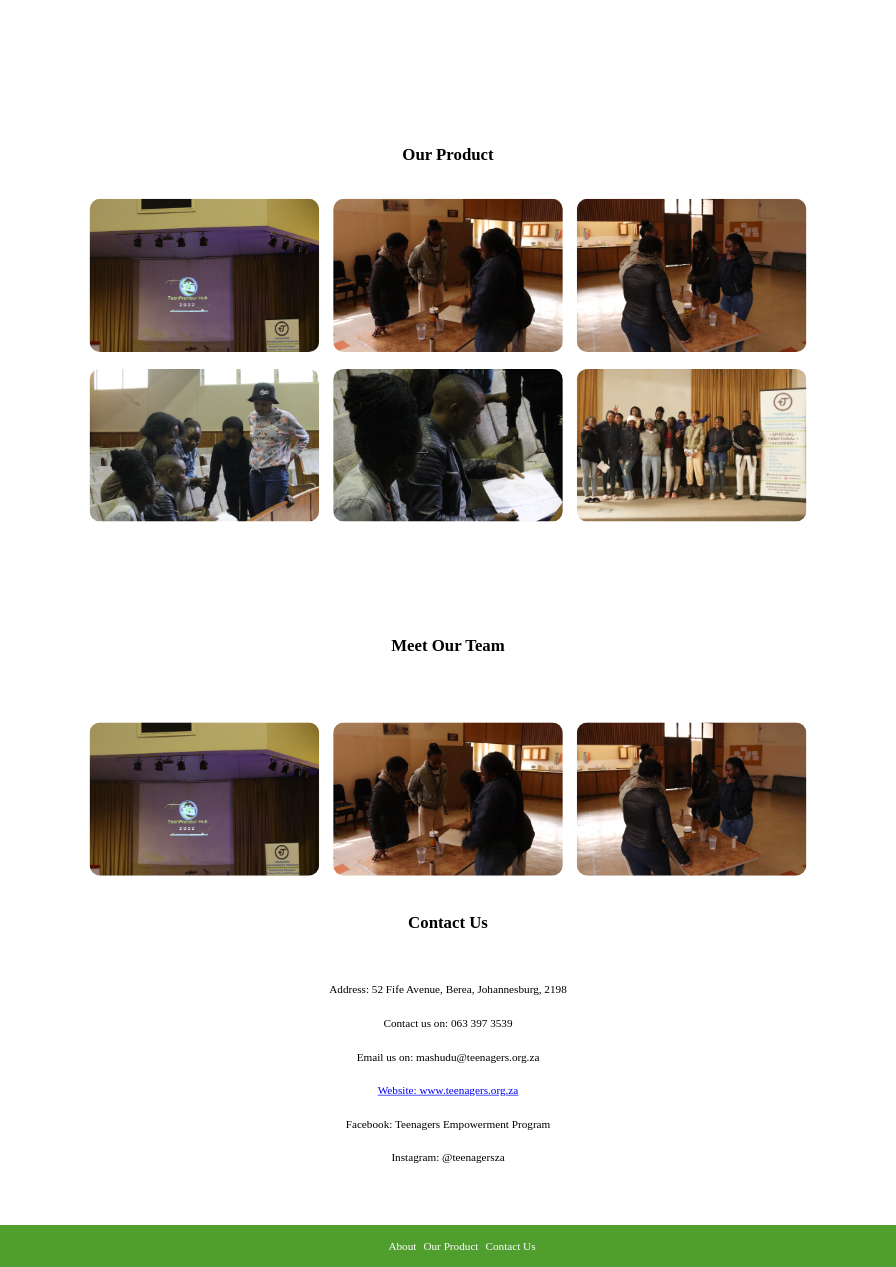
Repository: chadrackkyungu/4-BCT-TPH-Website
Page: index.html
An editor plug-in stored every save of this project. The page is shown before and after the next save, followed by the edit.
The browser window is 1280 px wide. The pictures show the part of the page from y = 1710 to 3630 px (the page is 3520 px tall before and 3630 px after), at 70% of full size.

Above is the page before, as saved 2022-10-21 09:39:00.

### index.html
<!DOCTYPE html>
<html lang="en">

<head>
    <meta charset="UTF-8">
    <meta http-equiv="X-UA-Compatible" content="IE=edge">
    <meta name="viewport" content="width=device-width, initial-scale=1.0">
    <title> TPH LAB </title>
    <link rel="stylesheet" href="/src/css/style.css">
</head>

<body>

    <div class="navigation">
        <div class="logocontainer">
            <img class="image1" src="./src/images/logo.png" alt="">
        </div>

        <ul class="nav-link">
            <a href="#about">
                <li>About</li>
            </a>
            <a href="#product">
                <li>Our Product</li>
            </a>
            <a href="#contact">
                <li>Contact Us</li>
            </a>
        </ul>
    </div>

    <div class="section1">
        <h2 class="title"> TEEN PRENEUR HUB 2022</h2>

        <div class="image-container">
            <img src="./src/images/img-2.jpeg" alt="">
        </div>
    </div>

    <div class="section1">
        <a id="about">
            <h2 class="title"> About Us</h2>
        </a>

        <div class="aboutcontainer">
            <div class="image-container">
                <img src="./src/images/img-4.jpeg" alt="">
            </div>


            <div class="contentcontainer">
                <h2>The Teenpreneur Hub</h2>

                <p>The Teenpreneur Hub is a teenage-based organisation with students that are built by the future. We aim to impact lives while making money. We do this through skills based learning in the disciplines of Technology, where we learn to create
                    websites such as this one that was created by the students of the Technology Hub, Media where we learn about photography and produce quality photos such as the ones posted on this webpage as well as Arts where we learn to do Graphic
                    Designing of Business Logos such as our Teenpreneur Hub logo.</p>

                <h2>Q-Leds</h2>

                <p>Q-Leds is a teenage-based business that was started by the students of the TeenPreneur Hub as part of their Entrepreneurial learning. Q-Leds is a project that was started to solve the problem of load shedding that is currently plaguing
                    the country. Q-Leds is a light system that helps young people overcome the current load shedding problem by giving them a source of light to study at night. It also features a charging port and speakers as well as a holographic feature
                    which is our unique selling feature of the Q-Leds lighting system. It is built by the youth for the youth.
                </p>

            </div>

        </div>
    </div>

    <div class="section1">
        <a id="product">
            <h2 class="title">Our Product</h2>
        </a>


        <div class="productcontainer">
            <div class="prductimagecontainer">
                <img src="./src/images/img-4.jpeg" alt="">
            </div>
            <div class="prductimagecontainer">
                <img src="./src/images/img-5.jpeg" alt="">
            </div>
            <div class="prductimagecontainer">
                <img src="./src/images/img-6.jpeg" alt="">
            </div>
            <div class="prductimagecontainer">
                <img src="./src/images/img-7.jpeg" alt="">
            </div>
            <div class="prductimagecontainer">
                <img src="./src/images/img-8.jpeg" alt="">
            </div>
            <div class="prductimagecontainer">
                <img src="./src/images/img-9.jpeg" alt="">
            </div>

        </div>
    </div>


    <div class="section1">
        <a id="product">
            <h2 class="title">Meet Our Team</h2>
        </a>

        <div class="teamcontainer">
            <div class="prductimagecontainer">
                <img src="./src/images/img-4.jpeg" alt="">
            </div>
            <div class="prductimagecontainer">
                <img src="./src/images/img-5.jpeg" alt="">
            </div>
            <div class="prductimagecontainer">
                <img src="./src/images/img-6.jpeg" alt="">
            </div>
        </div>
    </div>

    <div class="section1">
        <a id="contact">
            <h2 class="title"> Contact Us</h2>
        </a>

        <div class="contactcontainer">
            <div class="contactcontent">
                <P>Address: 52 Fife Avenue, Berea, Johannesburg, 2198</P>
                <p>Contact us on: 063 397 3539</p>
                <p>Email us on: mashudu@teenagers.org.za</p>
                <p><a href="https://teenagers.org.za/" target=" "> Website: www.teenagers.org.za </a></p>
                <p>Facebook: Teenagers Empowerment Program</p>
                <p>Instagram: @teenagersza</p>
            </div>
        </div>
    </div>

    <div class="navigation">
        <ul class="nav-link">
            <a href="#about">
                <li>About</li>
            </a>
            <a href="#product">
                <li>Our Product</li>
            </a>
            <a href="#contact">
                <li>Contact Us</li>
            </a>
        </ul>
    </div>
</body>
<html>

### src/css/style.css
html,
body {
    box-sizing: 0;
    margin: 0;
    padding: 0;
}

p {
    line-height: 2em;
}


/* NAVBAR */

.navigation {
    background-color: #509e2e;
    display: flex;
    justify-content: space-around;
    align-items: center;
}

.image1 {
    width: 100px;
}

.nav-link {
    display: flex;
}

.nav-link li {
    list-style-type: none;
    padding: 5px;
    color: white;
}

.nav-link a {
    text-decoration: none !important;
}


/* SECTION 1 */

.section1 {
    width: 80%;
    margin: 0 auto;
}

img {
    border-radius: 15px;
}

.title {
    text-align: center;
    margin-bottom: 50px;
    margin-top: 50px;
}

.image-container {
    width: 100%;
    height: 100vh;
}

.image-container img {
    width: 100%;
    height: 65% !important;
}

.aboutcontainer {
    display: flex;
    justify-content: space-between;
    /* align-items: center; */
    /* border: 5px solid red; */
}

.aboutcontainer .image-container {
    margin-top: 5em;
}

.contentcontainer {
    margin-left: 60px;
    width: 100%;
    /* border: 5px solid #00ff2a; */
}

.productcontainer {
    display: grid;
    grid-template-columns: 1fr 1fr 1fr;
    gap: 20px;
    margin-bottom: 10em;
}

.teamcontainer {
    display: grid;
    grid-template-columns: 1fr 1fr 1fr;
    gap: 20px;
    margin-top: 6em;
}

.prductimagecontainer {
    width: 100%;
}

.prductimagecontainer img {
    width: 100%;
}

.contactcontainer {
    display: flex;
    justify-content: center;
    align-items: center;
    margin-bottom: 4em;
}

.contactcontent {
    margin: auto 0;
    text-align: center;
}

.logocontainer {
    width: 10%;
}

.logocontainer img {
    width: 50%;
    border-radius: 100%;
}

After the next save:
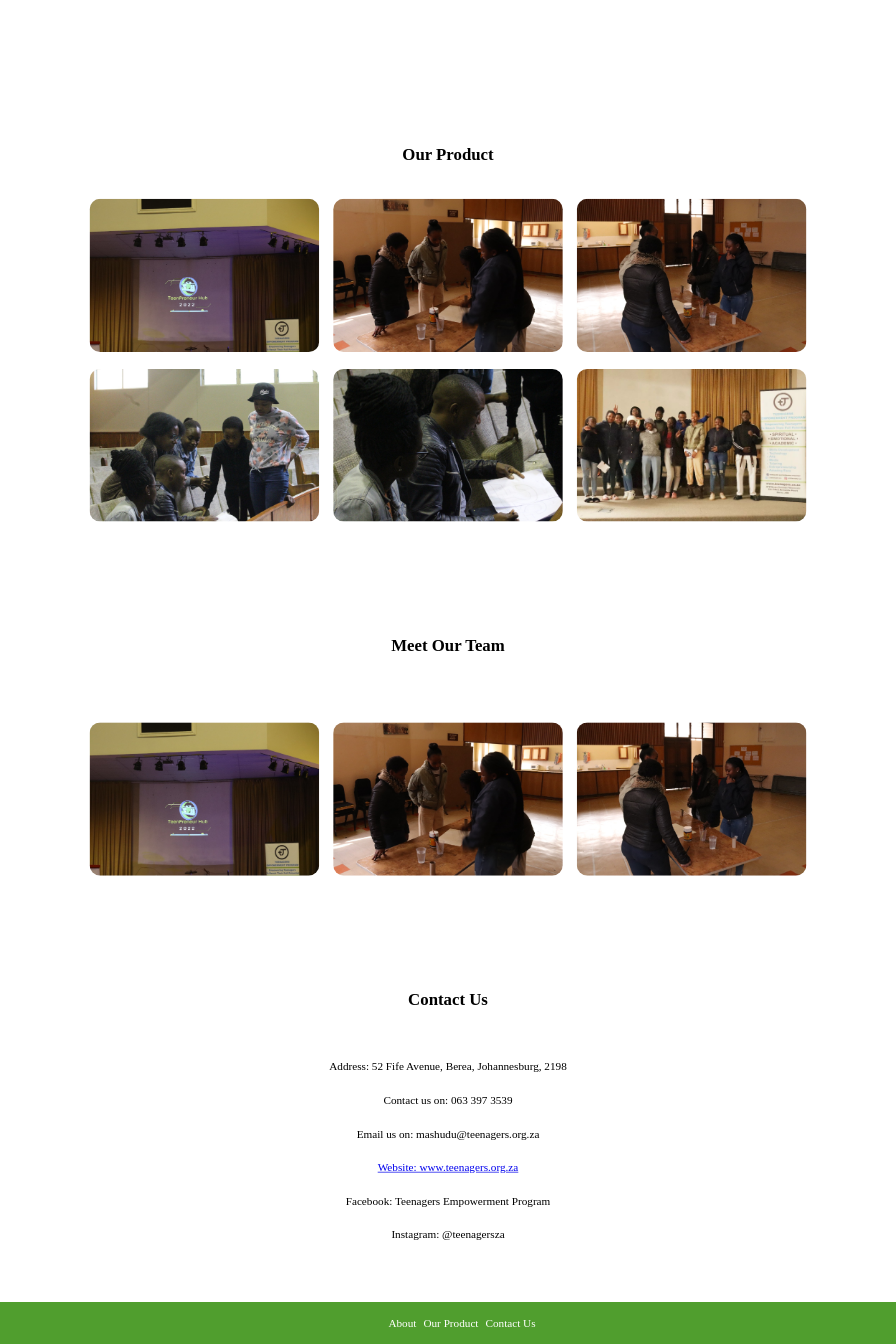
Saved 22 s later.
--- a/src/css/style.css
+++ b/src/css/style.css
@@ -94,6 +94,7 @@
     grid-template-columns: 1fr 1fr 1fr;
     gap: 20px;
     margin-top: 6em;
+    margin-bottom: 10em;
 }
 
 .prductimagecontainer {
